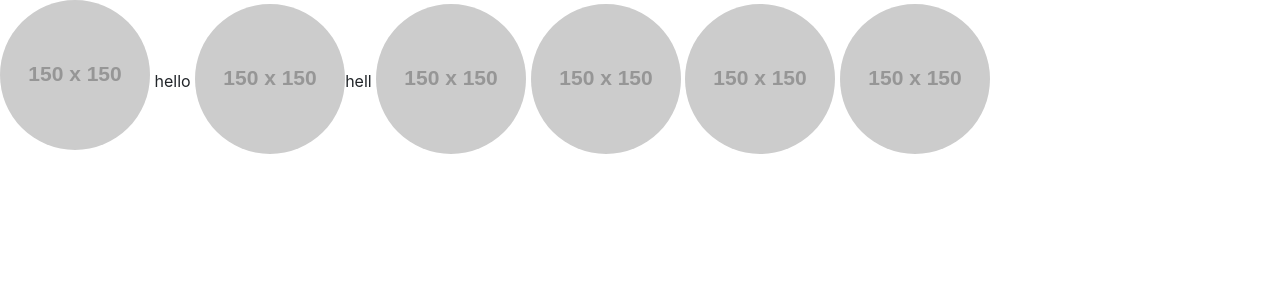
Repository: rsusolutions/RSU-Website
Page: quiz/index.html
These files come from the project's save history. The page is drawn as it stood at one moment and after a run of saves; the edit follows.
The browser window is 1280 px wide. The pictures show the whole page.
Some web libraries are served in a nearby version.

Above is the page before, as saved 2020-04-21 17:53:03.

After the next 2 saves:
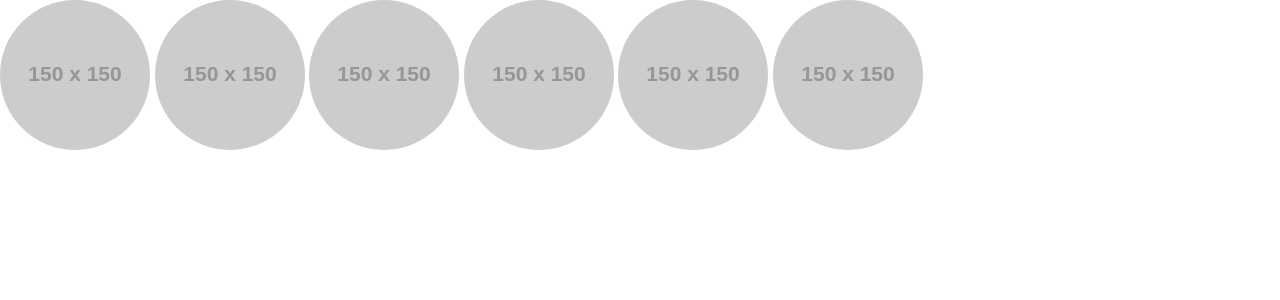
The 2 saves are shown as one change because they came seconds apart.
The last was saved 14 s later.
--- a/quiz/index.html
+++ b/quiz/index.html
@@ -16,9 +16,9 @@
     <section class="section-preview">
 
 
-                <img class="rounded-circle mb-3" alt="150x150" src="https://placehold.it/150x150" data-holder-rendered="true"> hello
+                <img class="rounded-circle mb-2" alt="150x150" src="https://placehold.it/150x150" data-holder-rendered="true">
 
-                <img class="rounded-circle mb-2" alt="150x150" src="https://placehold.it/150x150" data-holder-rendered="true">hell
+                <img class="rounded-circle mb-2" alt="150x150" src="https://placehold.it/150x150" data-holder-rendered="true">
 
                 <img class="rounded-circle mb-2" alt="150x150" src="https://placehold.it/150x150" data-holder-rendered="true">
 
